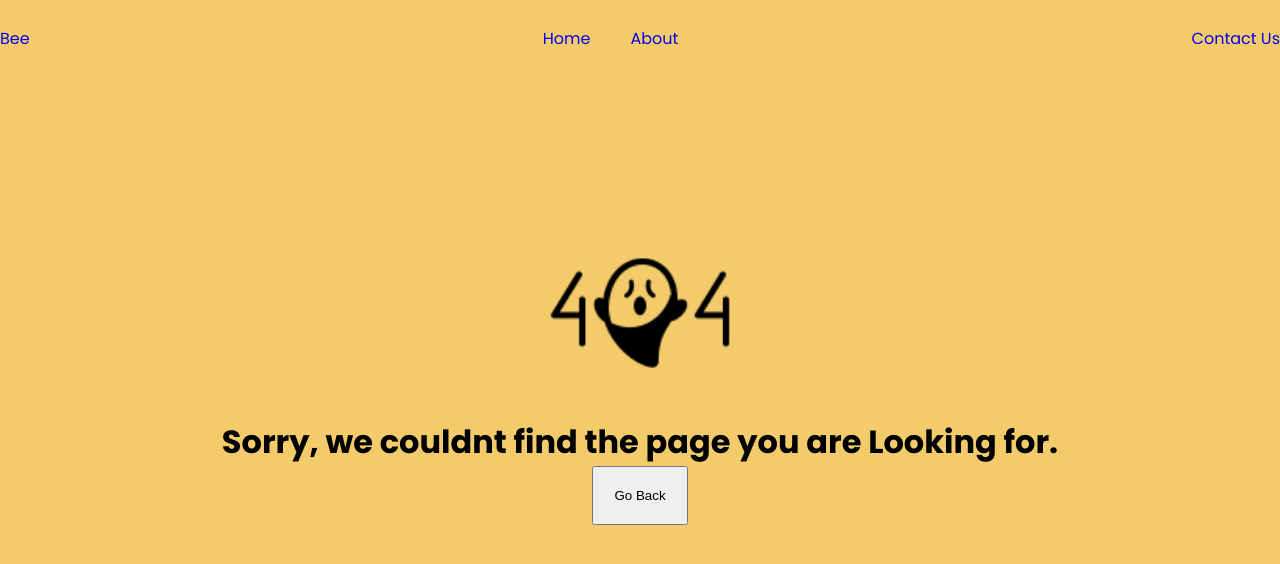
Repository: ble-syn/Random-user-generator-app
Page: /not-found
An editor plug-in stored every save of this project. The page is shown before and after the next save, followed by the edit.
The browser window is 1280 px wide. The pictures show the whole page.
The project was rebuilt for these pictures with package versions that can differ from the ones it lists, and the page was loaded fresh each time. Also part of the build but not shown: src/components/pagination.jsx, src/components/ErrorFallback.jsx, src/components/User.jsx, src/pages/Home.jsx, src/pages/About.jsx, src/pages/Policy.jsx, src/pages/Terms.jsx, src/pages/Contact.jsx.

Above is the page before, as saved 2022-10-28 17:37:15.

After the next save:
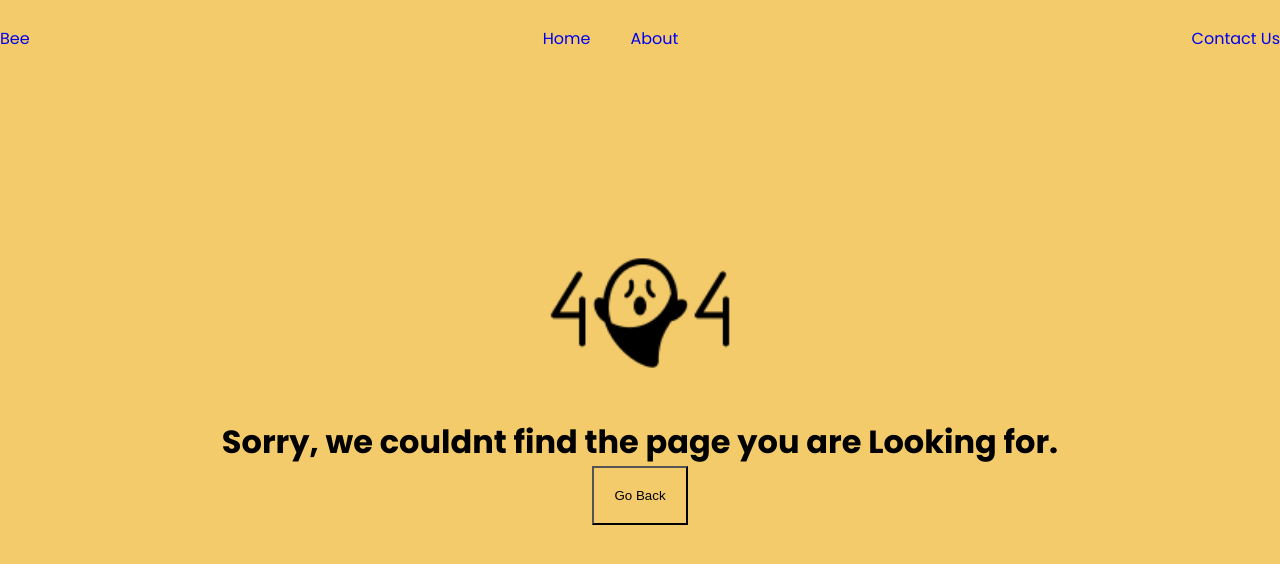
Saved 12 s later.
--- a/src/index.css
+++ b/src/index.css
@@ -171,6 +171,6 @@ img {
 }
 .notfound button {
   padding: 20px;
-  background-color: none;
+  background: none;
   border-radius: 1px solid black;
 }
